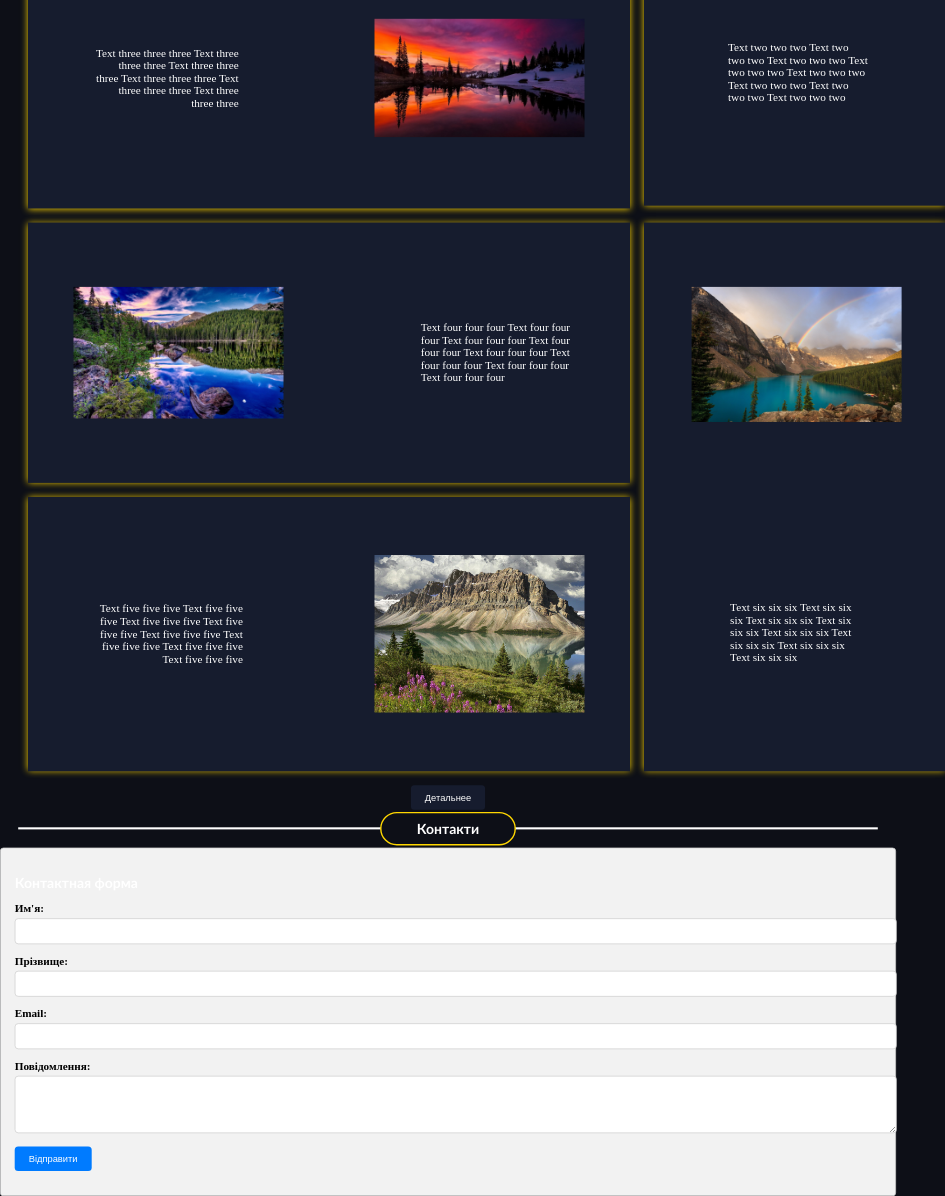
Repository: qtqqrdy13/cv-2
Page: index.html
The author's editor kept a copy of each file at every save. The page is drawn from the files as they stood at one save, then again after the next save.
The browser window is 1280 px wide. The page is 1350 px wide, so the pictures cover 1350 px, including what lies to the right of the window. The pictures show the part of the page from y = 3447 to 5287 px (the page is 5156 px tall before and 5287 px after), at 70% of full size.

Above is the page before, as saved 2023-10-12 15:27:08.

After the next save:
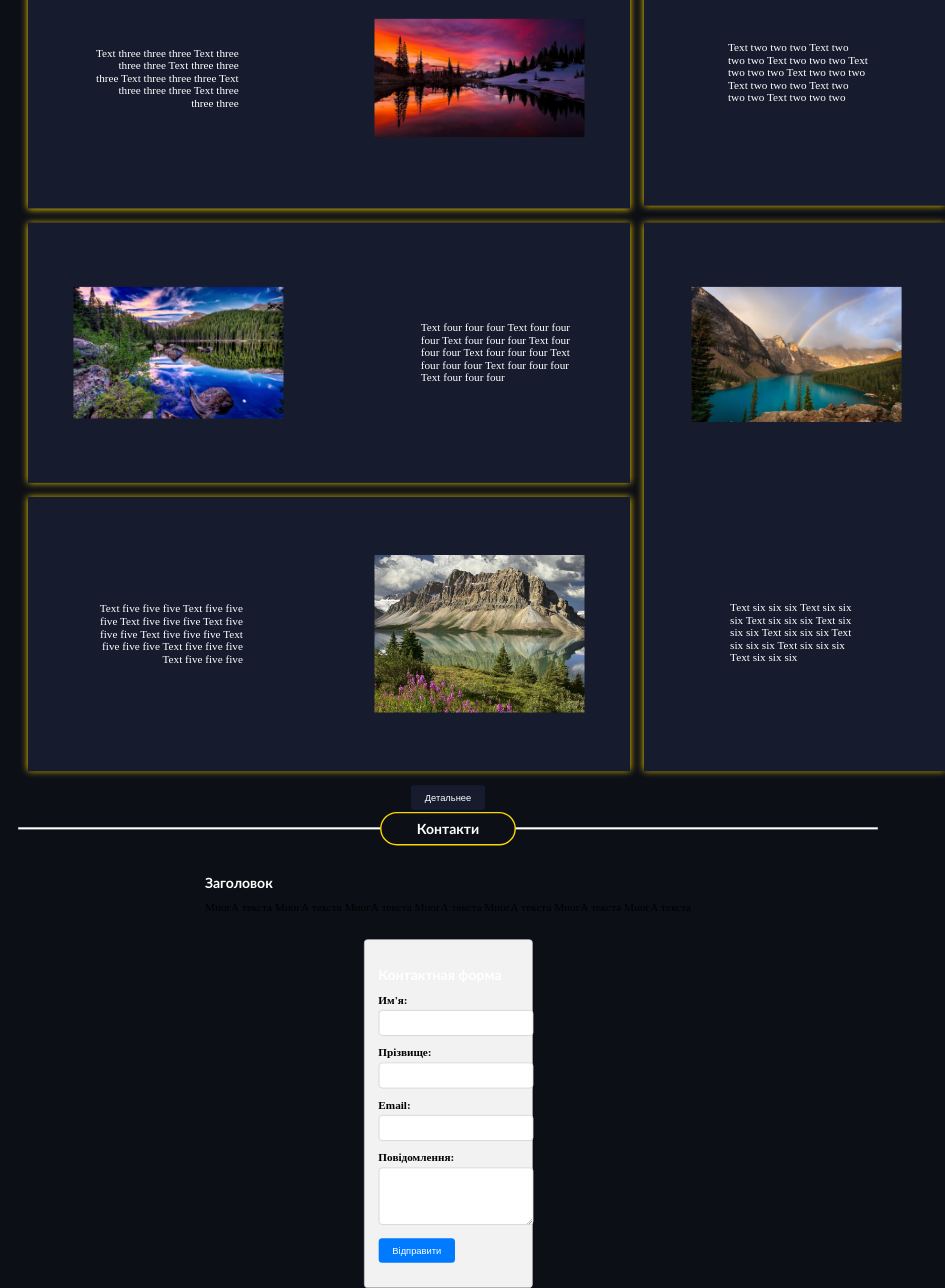
Saved 24 s later.
--- a/index.html
+++ b/index.html
@@ -185,29 +185,35 @@
 </div>
 <!--Edge-->
 </div>
-<div class="form">
-    <h2>Контактная форма</h2>
-    <form method="post">
-        <div class="form-group">
-            <label for="name">Им'я:</label>
-            <input type="text" id="name" name="name" required>
-        </div>
-        <div class="form-group">
-            <label for="secondname">Прізвище:</label>
-            <input type="text" id="secondname" name="secondname" required>
-        </div>
-        <div class="form-group">
-            <label for="email">Email:</label>
-            <input type="text" id="email" name="email" required>
-        </div>
-        <div class="form-group">
-            <label for="message">Повідомлення:</label>
-            <textarea id="message" name="message" rows="4" required></textarea>
-        </div>
-        <div class="form-group">
-            <button type="submit">Відправити</button>
-        </div>
-    </form>
+<div class="container">
+    <div class="text">
+        <h2>Заголовок</h2>
+        <p>МногА текста МногА текста  МногА текста  МногА текста  МногА текста  МногА текста  МногА текста </p>
+    </div>
+    <div class="form">
+        <h2>Контактная форма</h2>
+        <form method="post">
+            <div class="form-group">
+                <label for="name">Им'я:</label>
+                <input type="text" id="name" name="name" required>
+            </div>
+            <div class="form-group">
+                <label for="secondname">Прізвище:</label>
+                <input type="text" id="secondname" name="secondname" required>
+            </div>
+            <div class="form-group">
+                <label for="email">Email:</label>
+                <input type="text" id="email" name="email" required>
+            </div>
+            <div class="form-group">
+                <label for="message">Повідомлення:</label>
+                <textarea id="message" name="message" rows="4" required></textarea>
+            </div>
+            <div class="form-group">
+                <button type="submit">Відправити</button>
+            </div>
+        </form>
+    </div>
 </div>
 </body>
 
